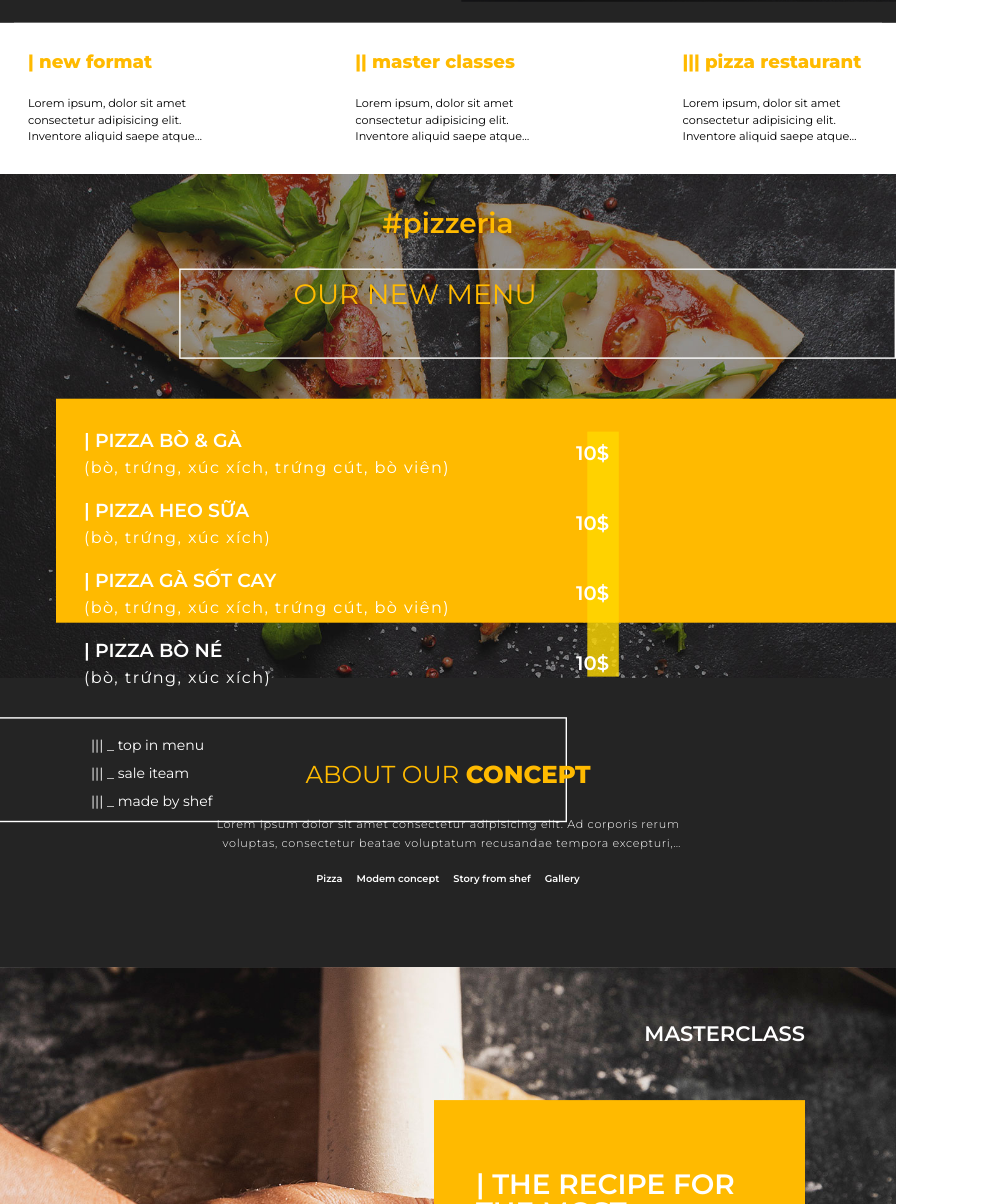
Repository: phu1204/pizzeria.github.io
Page: index.html
An editor plug-in stored every save of this project. The page is shown before and after a run of saves, followed by the edit.
The browser window is 1280 px wide. The page is 1419 px wide, so the pictures cover 1419 px, including what lies to the right of the window. The pictures show the part of the page from y = 1191 to 2911 px (the page is 4798 px tall), at 70% of full size.
The style sheet was rebuilt from its Sass, Less or Tailwind sources for each picture, by a compiler version that may differ from the author's.

Above is the page before, as saved 2021-07-29 21:58:39.

### index.html
<!DOCTYPE html>
<html lang="en">
  <head>
    <meta charset="UTF-8" />
    <meta http-equiv="X-UA-Compatible" content="IE=edge" />
    <meta name="viewport" content="width=device-width, initial-scale=1.0" />
    <title>#pizzeria</title>
    <link rel = "icon" href =
    "images/pizza.png"
            type = "image/x-icon">
    <link rel="preconnect" href="https://fonts.googleapis.com">
    <link rel="preconnect" href="https://fonts.gstatic.com" crossorigin>
    <link href="https://fonts.googleapis.com/css2?family=Montserrat:wght@300;400;600;800&display=swap" rel="stylesheet">
    <link rel="stylesheet" href="https://cdnjs.cloudflare.com/ajax/libs/font-awesome/5.15.3/css/all.min.css">
    <link rel="stylesheet" href="reset.css">
    <link rel="stylesheet" href="style.css">

  </head>
  <body>
      <div class="wrapper">
        <div class="container">
          <header id="header" class="header">
             <a href="#" class="header-logo">#pizzeria.</a>
             <nav class="header-menu">
               <ul class="header-list">
                 <li class="header-item"><a href="#menu" class="header-link">Menu</a></li>
                 <li class="header-item"><a href="#blog" class="header-link">Blog</a></li>
                 <li class="header-item"><a href="#about" class="header-link">About us</a></li>
                 <li class="header-item"><a href="#contact" class="header-link">Contacts</a></li>

               </ul>
               <i class="fas fa-times header-times"></i>
             </nav>
             <div class="header-info">
                <button href="" class="header-icon icon-search"><i class="fas fa-search"></i></button>
                <a href="" class="header-icon"><i class="fas fa-user"></i></a>
                <a href="" class="header-icon"><i class="fas fa-shopping-cart"></i></a>
             </div>
             <div class="header-bar">
                <i class="fas fa-bars"></i>
             </div>

             <div class="header-search">
                <input type="text" class="header-input" placeholder="Search">
             </div>
          </header>

          <section class="intro">
            <div class="intro-content">
              <div class="intro-title">
                <span class="intro-name intro--grand">grand</span>
                <span class="intro-name intro--opening">opening</span>
              </div>
              <a href="" class="button intro-button">read more</a>
            </div>
          </section>
        </div>

          <section  class="format">

            <div class="format-top">
                <div class="format-content">
                    <div class="format-title">new format</div>
                    <div class="format-info">
                      <h2 class="format-new">What new?</h2>
                      <ul class="format-list">
                        <li class="format-item">| Sed do eiusmod tempor incididunt ut Labore et</li>
                        <li class="format-item">| Dolore magna aliqua</li>
                        <li class="format-item">| Quis ipsum suspendisse ultrices gravida</li>
                      </ul>
                    </div>
                </div>
                <img src="images/format.png" alt="" class="format-img">
            </div>

            <div class="format-bottom  reveal">
              <div class="format-column">
                <h3 class="format-head">| new format</h3>
                <p class="fotmat-desc text">Lorem ipsum, dolor sit amet consectetur adipisicing elit. Inventore aliquid saepe atque quaerat ipsam tempore, quae perferendis laudantium esse architecto quas sint quia beatae id alias, sed dicta reprehenderit asperiores.</p>
              </div>
              <div class="format-column">
                <h3 class="format-head">|| master classes</h3>
                <p class="fotmat-desc text">Lorem ipsum, dolor sit amet consectetur adipisicing elit. Inventore aliquid saepe atque quaerat ipsam tempore, quae perferendis laudantium esse architecto quas sint quia beatae id alias, sed dicta reprehenderit asperiores.</p>
              </div>
              <div class="format-column">
                <h3 class="format-head">||| pizza restaurant</h3>
                <p class="fotmat-desc text">Lorem ipsum, dolor sit amet consectetur adipisicing elit. Inventore aliquid saepe atque quaerat ipsam tempore, quae perferendis laudantium esse architecto quas sint quia beatae id alias, sed dicta reprehenderit asperiores.</p>
              </div>
            </div>

          </section>

          <section id="menu" class="menu">
            <div class="menu-heading">
              <h2 class="menu-title  reveal">#pizzeria</h2>
              <p class="menu-order  reveal">our new menu</p>
            </div>
            <div class="menu-list  reveal">
              <div class="menu-item">
                <div class="menu-name">
                    <h3 class="menu-name-order"> | pizza bò & gà</h3>
                    <p class="menu-desc">(bò, trứng, xúc xích, trứng cút, bò viên)</p>
                </div>
                <p class="menu-price">10$</p>
              </div>
              <div class="menu-item">
                <div class="menu-name">
                    <h3 class="menu-name-order">| pizza heo sữa</h3>
                    <p class="menu-desc">(bò, trứng, xúc xích)</p>
                </div>
                <p class="menu-price">10$</p>
              </div>
              <div class="menu-item">
                <div class="menu-name">
                    <h3 class="menu-name-order">| pizza gà sốt cay</h3>
                    <p class="menu-desc">(bò, trứng, xúc xích, trứng cút, bò viên)</p>
                </div>
                <p class="menu-price">10$</p>
              </div>
              <div class="menu-item">
               <div class="menu-name">
                    <h3 class="menu-name-order">| pizza bò né</h3>
                    <p class="menu-desc">(bò, trứng, xúc xích)</p>
                </div>
                <p class="menu-price">10$</p>
              </div>
           </div>
           <div class="menu-bottom reveal">
             <p class="menu-hightlight">||| _ top in menu</p>
             <p class="menu-hightlight">||| _ sale iteam</p>
             <p class="menu-hightlight">||| _ made by shef</p>
           </div>

          </section>

          <section id="about"  class="about">
              <div class="about-body">
                <h2 class="about-title reveal">about our <span>concept</span></h2>
                <p class="about-desc text reveal">Lorem ipsum dolor sit amet consectetur adipisicing elit. Ad corporis rerum voluptas, consectetur beatae voluptatum recusandae tempora excepturi, temporibus quo veritatis ratione atque accusantium ea delectus eos harum culpa enim!</p>
                <ul class="about-list reveal">
                  <li class="about-item"><a href="">Pizza</a></li>
                  <li class="about-item"><a href="">Modem concept</a></li>
                  <li class="about-item"><a href="">Story from shef</a></li>
                  <li class="about-item"><a href="">Gallery</a></li>
                </ul>
              </div>
          </section>

          <section id="blog" class="class">
            <div class="class-content">
              <div class="class-name">
                <h1 class="class-caption reveal">masterclass</h1>
              </div>
              <div class="class-body reveal">
                <h2 class="class-heading">| the recipe for the most delicious pizza dough |</h2>
                <p class="class-desc">waiting for you</p>
                <div class="class-price">
                  <p class="class-info">price_<span>15$</span></p>
                  <p class="class-info">12:00-15:00</p>
                </div>
              </div>
                <a href="" class="class-button reveal">apply</a>
            </div>
          </section>

          <section id="contact" class="gallery ">
            <h2 class="gallery-heading reveal">gallery</h2>
            <div class="gallery-img ">
              <img src="./images/pizzaleft.jpg" alt="" class="gallery-img-item reveal">
              <img src="./images/pizzacenter.jpg" alt="" class="gallery-img-item reveal">
              <img src="./images/pizzaright.jpg" alt="" class="gallery-img-item reveal">
            </div>

            <div class="gallery-bottom">
              <h2 class="gallery-title">#pizzeria.</h2>
              <div class="gallery-content">
                <div class="gallery-desc reveal">Lorem ipsum dolor sit amet consectetur, adipisicing. Dolores dolorum, quia consectetur iste officia eligendi! consectetur nemo, reiciendis repudiandae nesciunt dolor id numquam laborum temporibus fuga</div>

              <div class="gallery-contact">
                <div class="gallery-social reveal">
                  <p class="gallery-block">| find us here</p>
                  <div class="gallery-link">
                    <i class="fab fa-instagram"></i>

                    <i class="fab fa-facebook"></i>

                    <i class="fab fa-twitter"></i>

                    <i class="fab fa-whatsapp"></i>

                    <i class="fab fa-google"></i>
                  </div>

                </div>

                <div class="gallery-info reveal">
                  <p class="gallery-block">| ask us here</p>
                  <a href="" class="gallery-web">www.#pizzeria.com</a>

                </div>
              </div>
            </div>
          </div>
          </section>

          <a href="#" class="ontop" >
            <i class="fas fa-arrow-up"></i>
          </a>

          <footer id="footer" class="footer ">
            <div class="footer-about footer-repon reveal">
              <h3 class="footer-title">about</h3>
              <p class="footer-desc text">
                Lorem ipsum dolor, sit amet consectetur adipisicing elit. Amet magnam laudantium fuga sed aliquid doloremque quos repellendus quis. Est non laboriosam incidunt recusandae, sed natus dignissimos eaque pariatur culpa esse.
              </p>

            </div>

              <div class="footer-item footer-repon reveal">
                <h3 class="footer-title">menu</h3>

                <ul>
                  <li class="footer-link"><a href="" class="footer-item-link">Team</a></li>
                  <li class="footer-link"><a href="" class="footer-item-link">Join us</a></li>
                  <li class="footer-link"><a href="" class="footer-item-link">Ethic</a></li>
                  <li class="footer-link"><a href="" class="footer-item-link">Goals</a></li>
                </ul>
              </div>

              <div class="footer-item footer-repon reveal">
                <h3 class="footer-title">shef</h3>
                <ul>
                  <li class="footer-link"><a href="" class="footer-item-link">Team</a></li>
                  <li class="footer-link"><a href="" class="footer-item-link">Join us</a></li>
                  <li class="footer-link"><a href="" class="footer-item-link">Ethic</a></li>
                  <li class="footer-link"><a href="" class="footer-item-link">Goals</a></li>
                </ul>
              </div>

              <div class="footer-item footer-repon reveal">
                <h3 class="footer-title">contact</h3>
                <ul>
                  <li class="footer-link"><a href="" class="footer-item-link">Team</a></li>
                  <li class="footer-link"><a href="" class="footer-item-link">Join us</a></li>
                  <li class="footer-link"><a href="" class="footer-item-link">Ethic</a></li>
                  <li class="footer-link"><a href="" class="footer-item-link">Goals</a></li>
                </ul>
              </div>
        </footer>

      </div>
    <script type="text/javascript" src="https://cdnjs.cloudflare.com/ajax/libs/jquery/3.6.0/jquery.min.js"></script>
    <script src="js/main.js"></script>
    <script src="js/search.js"></script>

  </body>
</html>

### reset.css
html,
body,
div,
span,
applet,
object,
iframe,
h1,
h2,
h3,
h4,
h5,
h6,
p,
blockquote,
pre,
a,
abbr,
acronym,
address,
big,
cite,
code,
del,
dfn,
em,
img,
ins,
kbd,
q,
s,
samp,
small,
strike,
strong,
sub,
sup,
tt,
var,
b,
u,
i,
center,
dl,
dt,
dd,
ol,
ul,
li,
fieldset,
form,
label,
legend,
table,
caption,
tbody,
tfoot,
thead,
tr,
th,
td,
article,
aside,
canvas,
details,
embed,
figure,
figcaption,
footer,
header,
hgroup,
menu,
nav,
output,
ruby,
section,
summary,
time,
mark,
audio,
video {
  margin: 0;
  padding: 0;
  border: 0;
  font-size: 100%;
  font: inherit;
  vertical-align: baseline;
}
/* HTML5 display-role reset for older browsers */
article,
aside,
details,
figcaption,
figure,
footer,
header,
hgroup,
menu,
nav,
section {
  display: block;
}
body {
  line-height: 1;
}
ol,
ul {
  list-style: none;
}
blockquote,
q {
  quotes: none;
}
blockquote:before,
blockquote:after,
q:before,
q:after {
  content: "";
  content: none;
}
table {
  border-collapse: collapse;
  border-spacing: 0;
}
*,
*:before,
*:after {
  box-sizing: border-box;
}
/* using rem unit */
html {
  font-size: 62.5%;
}
a {
  text-decoration: none;
  color: white;
}
img {
  display: block;
  max-width: 100%;
}
body {
  font-family: "Montserrat", sans-serif;
  font-size: 16px;
  line-height: 1;
}
input,
button,
textarea,
select {
  outline: none;
  font-family: "Montserrat", sans-serif;
  font-size: 16px;
  line-height: 1;
}
input {
  line-height: normal;
}
button {
  cursor: pointer;
  border: none;
  outline: none;
  background-color: transparent;
}

### style.scss
@import"scss/global";
@import"scss/header";
@import"scss/variables";
@import"scss/intro";
@import"scss/format";
@import"scss/menu";
@import"scss/about";
@import"scss/class";
@import"scss/gallery";
@import"scss/footer";
@import"scss/animation";

### scss/_global.scss
.container{
  background: url(./images/hero-img.jpg) no-repeat center/cover;
  width: 100%;
  margin: 0 auto;
  height: 100vh;
  position: relative;
}

html{
  scroll-behavior: smooth;
  -webkit-overflow-scrolling: touch;
}

.wrapper{
  max-width: 100%;
  position: relative;

}

.button{
  padding: 20px 40px;
  border: 4px solid #fff;
  font-size: 30px;
  text-transform: uppercase;
  color: white;
  font-weight: 600;
}

.text{
  font-weight: 300;
  font-size: 16px;
  margin-top: 35px;
  line-height: 1.5;
  color: black;
  font-weight: 400;
  display:-webkit-box;
  -webkit-line-clamp:3;
  -webkit-box-orient: vertical;
  overflow: hidden;
  text-overflow: ellipsis;
  word-break: break-word;
}

@media screen and (max-width: 1279px) {
  .container {

      background-position: top;
      height: 960px;
  }
}

@media screen and (max-width: 1023px) {
  .container {
    background-position: top;
    height: 960px;
}
}

@media screen and (max-width: 767px) {
  .container {
    background-size: auto 800px;
    background-position: center;
    height: 800px;
    background-color: #242424;
}
}


.reveal{
  opacity: 0;
  transform: translateY(100%);
  transition: all 0.4s linear;
}

.reveal.active{
  opacity: 1;
  transform: translateY(0);
  transition: all 0.3s linear;
  // .gallery-title::before{
  //     display: none;
  // }
}

.ontop{
  position: fixed;
  right: 60px;
  z-index: 99;
  bottom: 80px;
  width: fit-content;
  background-color: #ffba00;
  border-radius: 100rem;
  cursor: pointer;
  i{
     padding: 18px;
     font-size: 15px;
     color: white;
  }
  display: none;
  animation: bottotop 0.4s linear;
}

@media screen and (max-width: 1023px) {
  .ontop{
    right: 30px;
  }
}

### scss/_variables.scss
$black-gray: #242424;

### scss/_menu.scss
.menu{
  background: url(./images/menu.jpg) no-repeat center/cover;
  width: 100%;
  height: 100vh;
  position: relative;
  display: flex;
  flex-direction: column;
  align-items: center;
  padding: 50px 0;
  color: white;
  &-heading{
      width: 100%;
      text-align: center;
  }
  &-title{
      font-size: 40px;
      color: #ffba00;
      margin-bottom: 45px;
      font-weight: 600;
  }

  &-order{
    font-size: 40px;
    color: #ffba00;
    width: 80%;
    text-align: center;
    padding: 15px 350px 70px 0;
    margin-left: auto;
    border: 2px solid white;
    text-transform: uppercase;
    margin-bottom: 12px;
  }

  &-list {
      width: 1200px;
      margin-left: auto;
      padding: 60px 50px 0 40px;
      margin-bottom: 50px;
      position: relative;
      z-index: 2;
      max-width: 100%;
  }

  &-list::before{
    content: "";
    position: absolute;
    width: 100%;
    height: 320px;
    background-color: #ffba00;
    z-index: -2;
    // transform: translate(-50%,-50%);
    top: 45px;
    left: 0;
    }

    &-list::after{
        content: "";
        position: absolute;
        width: 45px;
        height: 350px;
        background-color: rgba(255, 217, 0, 0.801);

        top: 20%;
        right:  33%;
        z-index: -1;
    }

  &-item{
      display: flex;
      align-items: center;
      justify-content: space-between;
      line-height: 1.5;
      width: 750px;
      max-width: 100%;
  }

  &-desc{
      font-size: 23px;
      letter-spacing: 2px;
  }

  &-name-order{
      text-transform: uppercase;
      font-size: 27px;
      font-weight: 600;
  }

  &-item{
        margin-top: 25px;
  }

  &-price{
      font-size: 28px;
      font-weight: 600;
  }

  &-bottom{
    width: 1100px;
    margin-left: auto;
    padding-top: 20px;

    margin-bottom: 70px;
    position: relative;
    right: 50px;
  }

  &-bottom::before{
    content: "";
    position: absolute;
    background-color: transparent;
    width: 1000px;
    height: 150px;
    border: 2px solid white;
    transform: translate(-32%,-20%);
  }

  &-hightlight{
      font-size: 20px;
  }

  &-hightlight:not(:first-child){
    margin-top: 20px;
}

  @media screen and (max-width: 1279px) {
    height: 80vh;
    &-bottom{
      padding-left: 50px;
      margin-right: auto;
      right: 0;
    }

    &-title{
      margin-bottom: 50px;
    }
    &-order{
      margin-bottom: 40px;
    }

    &-list{
      margin-bottom: 120px;
    }
  }

  @media screen and (max-width: 1023px) {
      height: 85vh;
      &-title{
        margin-bottom: 50px;
      }
      &-order{
        margin-bottom: 0;
        padding: 15px 195px 50px 0;
        font-size: 35px;
      }

      &-name-order{
        font-size: 22px;
      }
      &-list{
        margin-bottom: 70px;
        padding-top: 65px;
      }
      &-list::before{
        height: 280px;
      }
      &-item{
        width: 650px;
        margin-top: 20px;
      }
      &-desc{
        font-size: 18px;
      }
      &-bottom::before{
        width: 750px;
      }

  }

  @media screen and (max-width: 767px) {
    height: 100vh;
    &-heading{
      padding: 0 5px;
    }
    &-order{
      padding: 5px 5px;
      width: 100%;
      font-size: 30px;
    }
    &-desc{
      display: none;
    }
    &-list{
        padding: 50px 25px 0 10px;
        max-width: 100%;
    }
    &-list::after{
      height: 310px;
      top: 10%;
      right: 3%;
    }
    &-bottom{
      max-width: 100%;
    }
    &-bottom::before{
      max-width: 100%;
      transform: none;
      left: 0;
      top: 0;
    }
  }




}

### scss/_about.scss
.about{
    padding: 120px 20px;
    display: flex;
    flex-direction: column;
    justify-content: center;
    align-items: center;
    text-align: center;
    background-color: #242424;
    max-width: 100%;
    &-body{
        width: 700px;
    }
    &-title{
        margin-bottom: 40px;
        font-size: 35px;
        text-transform: uppercase;
        color: #ffba00;
        span{
            font-weight: 800;

        }
    }

    &-desc{
        margin-bottom: 30px;
        font-weight: 200;
        line-height: 1.7;
        display:-webkit-box;
        -webkit-line-clamp:2;
        -webkit-box-orient: vertical;
        overflow: hidden;
        text-overflow: ellipsis;
        word-break: break-word;
        color: white;
        letter-spacing: 1px;
    }

    &-list{
        display: flex;
        align-items: center;
        justify-content: center;
    }

    &-item{
        margin: 0 10px;
        font-size: 14px;
        font-weight: 600;
    }
    @media screen and (max-width: 767px) {
        padding: 100px 20px;
        &-body{
            max-width: 100%;
        }
        &-item{
            font-size: 10px;
        }

    }

}

### scss/_footer.scss
.footer {
  padding: 70px 100px;
  color: white;
  display: flex;
  align-items: center;
  justify-content: center;
  background-color: #483500;
  max-width: 100%;
  flex-wrap: wrap;

  &-about{
      width: 280px;
      margin-right: 180px;
  }

  &-item:not(:last-child){
      margin-right: 150px;
  }
  &-item{
      line-height: 1.5;
  }

  &-desc{
      color: white;
      line-height: 1.5;
  }

  &-title{
      margin-bottom: 35px;
      font-size: 17px;
      font-weight: 600;
      text-transform: uppercase;
  }
  @media screen and (max-width: 767px) {
      padding: 0 0 0 10px;
    //   gap: 10px;
    &-title {
        margin-bottom: 10px;
    }
    &-repon{
        flex: 1 1 50%;
        width: 100%;
        padding: 10px;
    }
    &-about{
        margin-right: 0;
    }
    &-item:not(:last-child){
        margin-right: 0;
    }
  }

}

### scss/_animation.scss
@keyframes lefttoright{
    from{
        opacity: 0;
        transform: translateX(-100%);
    }
    to{
        opacity: 1;
        transform: translateX(0);
     }
}

@keyframes righttoleft{
    from{
        opacity: 0;
        transform: translateX(100%);
    }
    to{
        opacity: 1;
        transform: translateX(0);
     }
}

@keyframes bottotop{
    from{
        opacity: 0;
        transform: translateY(100%);
    }
    to{
        opacity: 1;
        transform: translateX(0);
     }
}

@keyframes toptobot{
    from{
        opacity: 0;
        transform: translateY(-200%);
    }
    to{
        opacity: 1;
        transform: translateX(0);
     }
}

@keyframes fadeOut{
    from{
        opacity: 0;
        transform: scale(1);
    }
    to{
        opacity: 1;
        transform: scale(0);
     }
}

Loaded but not shown: js/main.js (59 lines, source omitted); js/search.js (6 lines, source omitted); scss/_header.scss (236 lines, source omitted); scss/_format.scss (210 lines, source omitted); scss/_gallery.scss (165 lines, source omitted); scss/_intro.scss (107 lines, source omitted); scss/_class.scss (102 lines, source omitted)

After the next 2 saves:
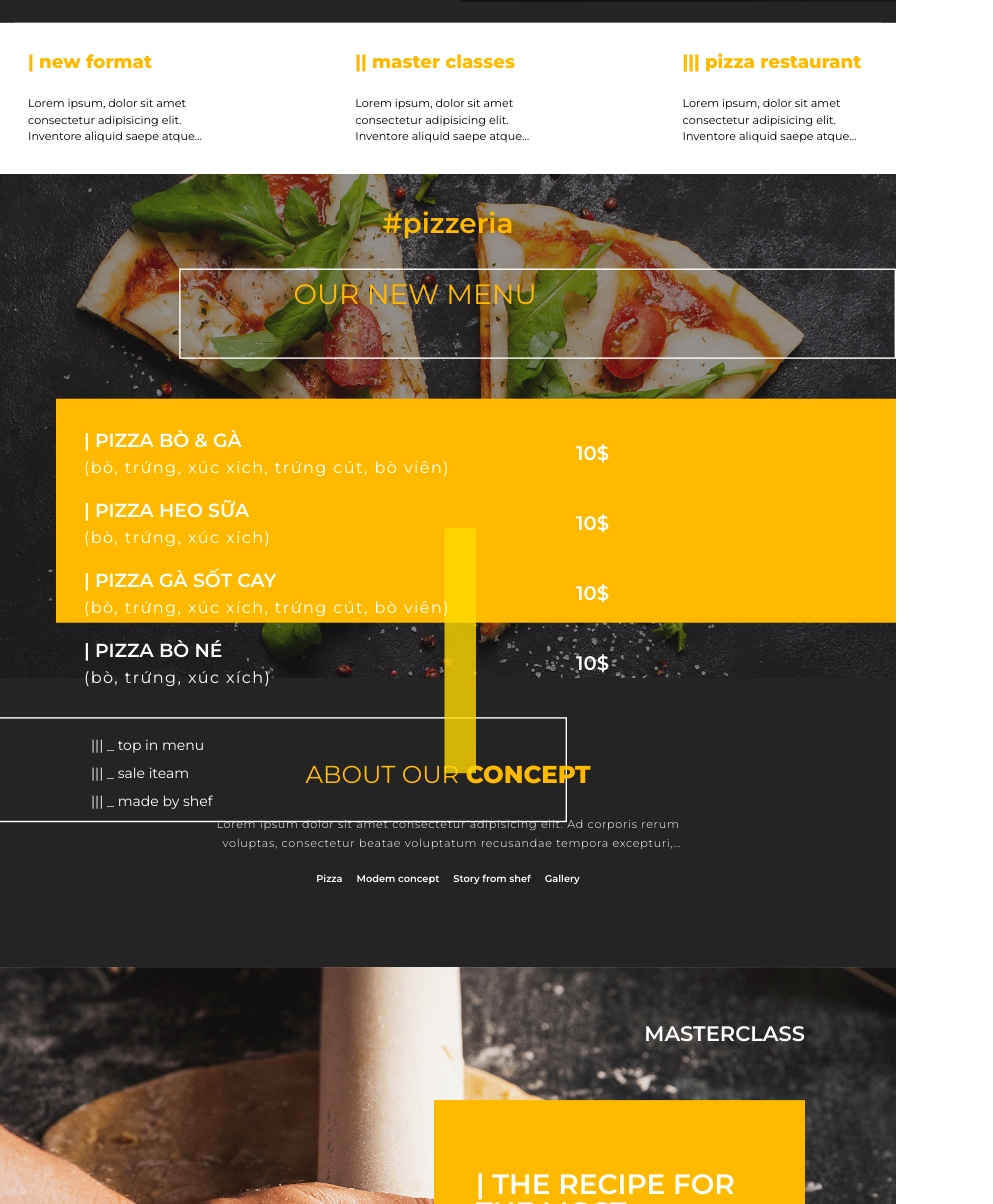
The 2 saves are shown as one change because they came seconds apart.
The last was saved 2 min 47 s later.
--- a/scss/_menu.scss
+++ b/scss/_menu.scss
@@ -60,8 +60,8 @@
         height: 350px;
         background-color: rgba(255, 217, 0, 0.801);
 
-        top: 20%;
-        right:  33%;
+        top: 50%;
+        right:  50%;
         z-index: -1;
     }
 
